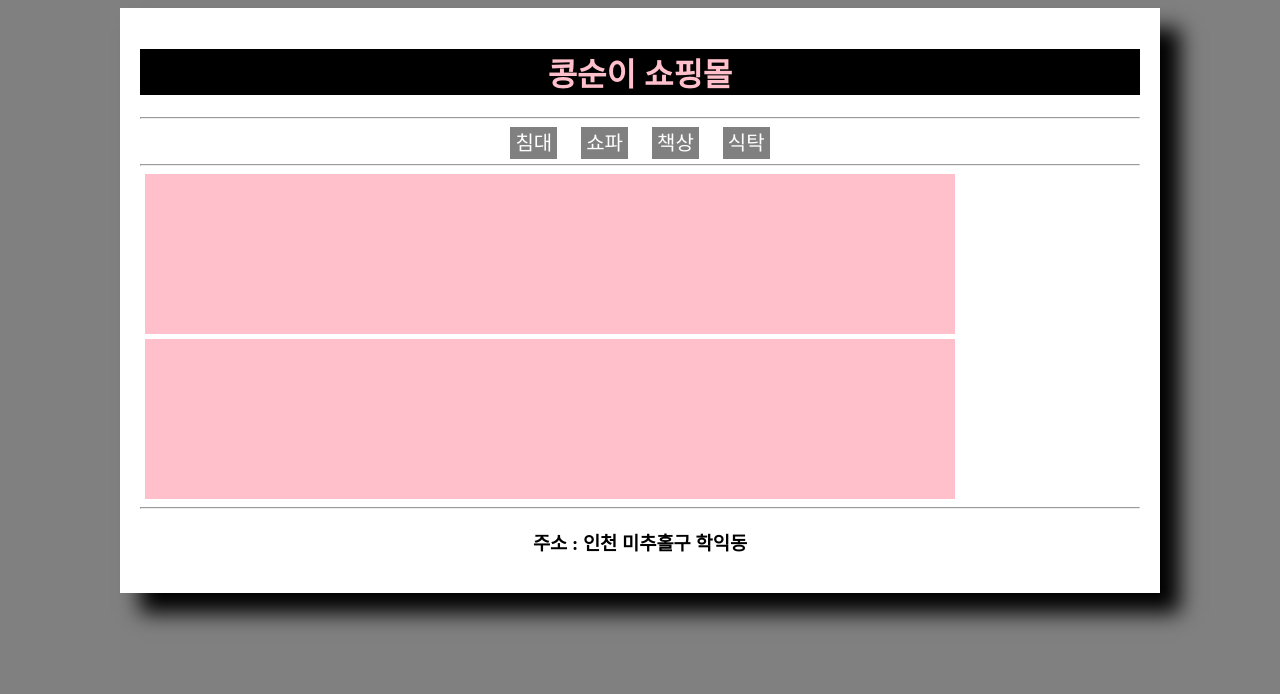
Repository: odasd/Ark-html
Page: 20200408/ex20200408/WebContent/ex04.html
An editor plug-in stored every save of this project. The page is shown before and after the next save, followed by the edit.
The browser window is 1280 px wide. The pictures show the whole page.

Above is the page before, as saved 2020-04-08 05:52:00.

After the next save:
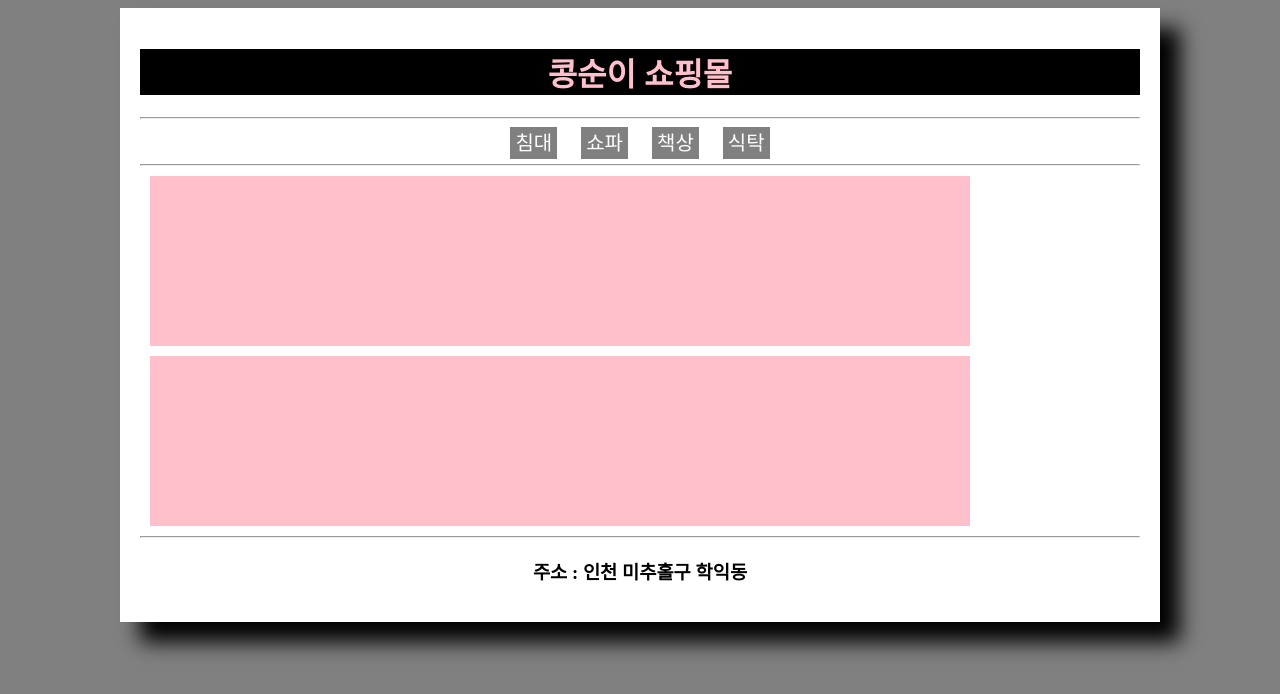
Saved 31 s later.
--- a/20200408/ex20200408/WebContent/ex04.html
+++ b/20200408/ex20200408/WebContent/ex04.html
@@ -11,7 +11,7 @@
 		#nav span {background:gray; color:white; margin:10px; padding:5px; font-size:20px; text-align:center;}
 		#nav span:hover {background:black; color:pink;}
 		#nav {text-align:center;}
-		.group {background:pink; width:800px; height:150px; padding:5px; margin:5px; }
+		.group {background:pink; width:800px; height:150px; padding:10px; margin:10px; }
 	</style>
 </head>
 <body>
